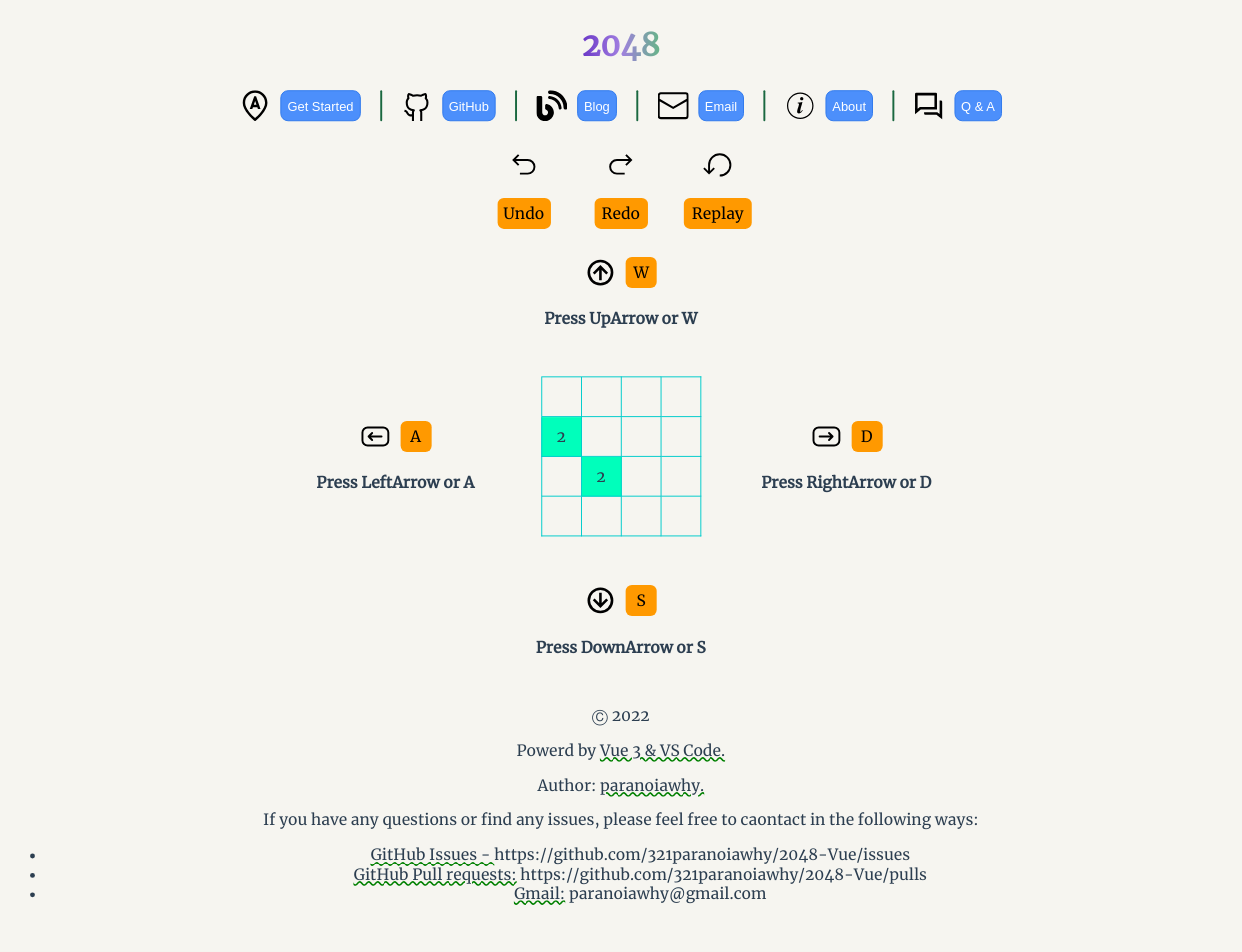
Repository: 321paranoiawhy/2048
Page: /
The author's editor kept a copy of each file at every save. The page is drawn from the files as they stood at one save, then again after the next save.
The browser window is 1280 px wide. The pictures show the whole page, at 97% of full size.
The project was rebuilt for these pictures with package versions that can differ from the ones it lists, and the page was loaded fresh each time. Also part of the build but not shown: vue.config.js.

Above is the page before, as saved 2022-04-28 09:18:18.

After the next save:
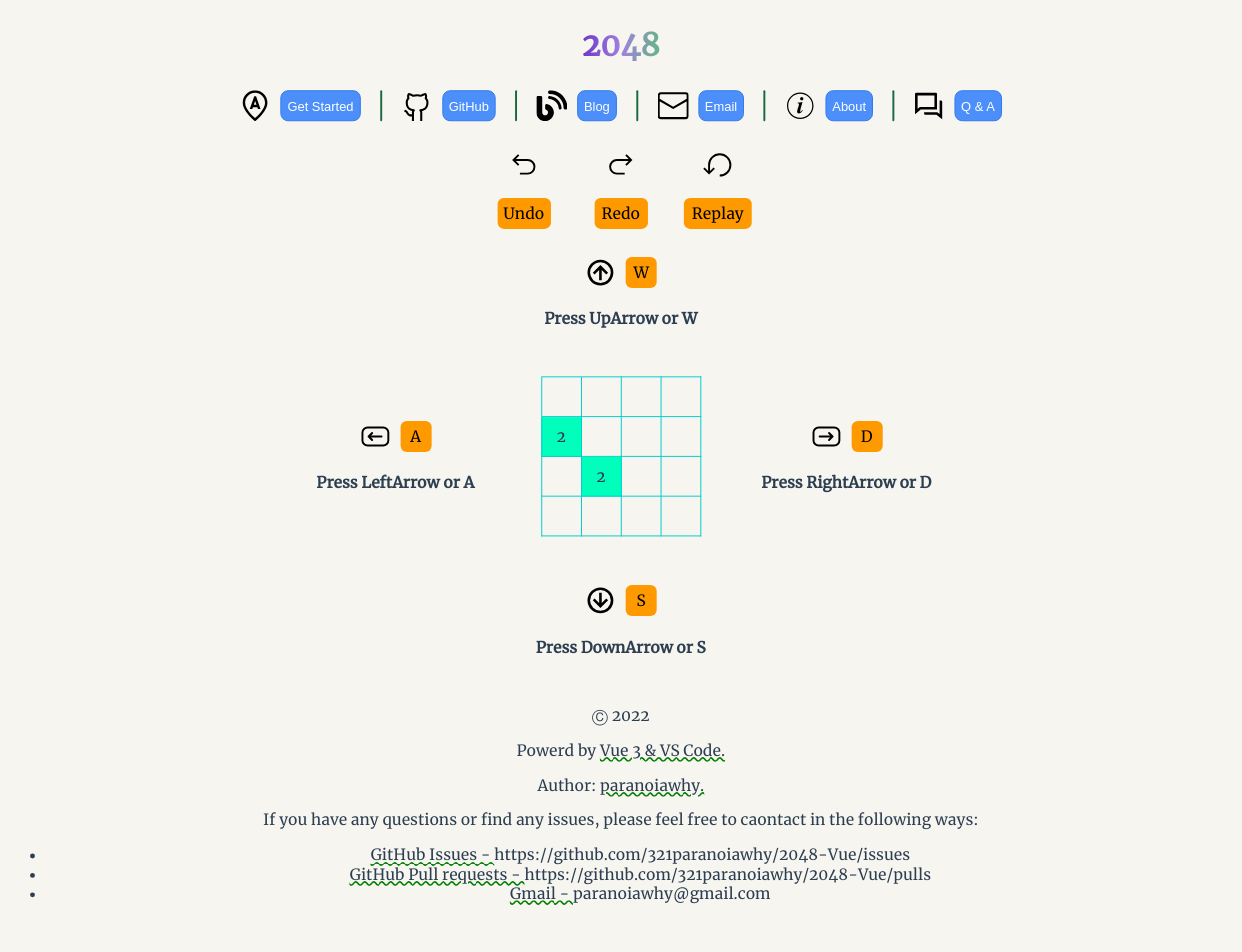
Saved 12 s later.
--- a/src/components/footer.vue
+++ b/src/components/footer.vue
@@ -17,10 +17,10 @@
                 https://github.com/321paranoiawhy/2048-Vue/issues
             </li>
             <li>
-                <a>GitHub Pull requests:</a>
+                <a>GitHub Pull requests - </a>
                 https://github.com/321paranoiawhy/2048-Vue/pulls
             </li>
-            <li><a>Gmail:</a> paranoiawhy@gmail.com</li>
+            <li><a>Gmail - </a> paranoiawhy@gmail.com</li>
         </ul>
     </footer>
 </template>
